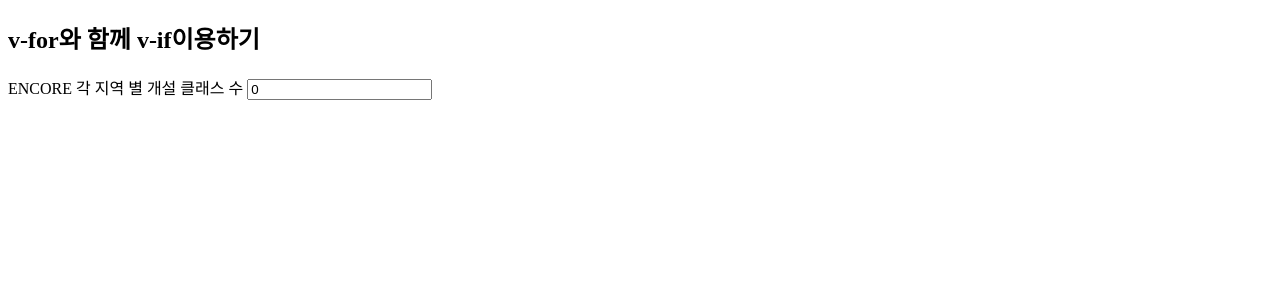
Repository: KangHoi/encore_vueWorkspace
Page: vue02_Methods/WebContent/vue10_vfor.html
These files come from the project's save history. The page is drawn as it stood at one moment and after the next save; the edit follows.
The browser window is 1280 px wide. The pictures show the whole page.
Some web libraries are served in a nearby version.

Above is the page before, as saved 2021-07-09 05:46:27.

### vue02_Methods/WebContent/vue10_vfor.html
<!DOCTYPE html>
<html>
<head>
<meta charset="UTF-8">
<title>v-for와 함께 v-if이용하기</title>

<script src="https://cdn.jsdelivr.net/npm/vue/dist/vue.js"></script>
<script src="https://code.jquery.com/jquery-3.2.1.min.js"></script>

</head>
<body>
<h2>v-for와 함께 v-if이용하기</h2>
<div id="app">
	<label>ENCORE 각 지역 별 개설 클래스 수</label>
	<input v-model="num" type="number">
	<ul>
		<li   v-for="(encore,index) in encores"  v-if = "(encore.count)==num">
			{{index+1}}. {{encore.name}}, {{encore.count}}개 클래스
		</li>
	</ul>
</div>

<script>
	new Vue({
		el:'#app',
		data:{
			num:0,

			encores:[
				{name: '영등포구', count:3},
				{name: '남부지구', count:5},
				{name: '서초지구', count:7}
			]
		}
	});
</script>

</body>
</html>

After the next save:
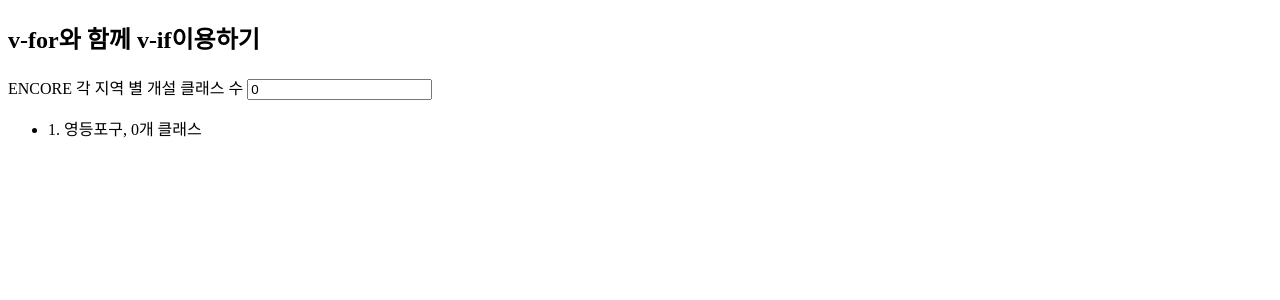
Saved 3 min 21 s later.
--- a/vue02_Methods/WebContent/vue10_vfor.html
+++ b/vue02_Methods/WebContent/vue10_vfor.html
@@ -12,7 +12,7 @@
 <h2>v-for와 함께 v-if이용하기</h2>
 <div id="app">
 	<label>ENCORE 각 지역 별 개설 클래스 수</label>
-	<input v-model="num" type="number">
+	<input v-model="num" type="number"> <!-- v-model이 있어야 양방향으로 가능하다. -->
 	<ul>
 		<li   v-for="(encore,index) in encores"  v-if = "(encore.count)==num">
 			{{index+1}}. {{encore.name}}, {{encore.count}}개 클래스
@@ -27,7 +27,7 @@
 			num:0,
 
 			encores:[
-				{name: '영등포구', count:3},
+				{name: '영등포구', count:0},
 				{name: '남부지구', count:5},
 				{name: '서초지구', count:7}
 			]

After the save that followed:
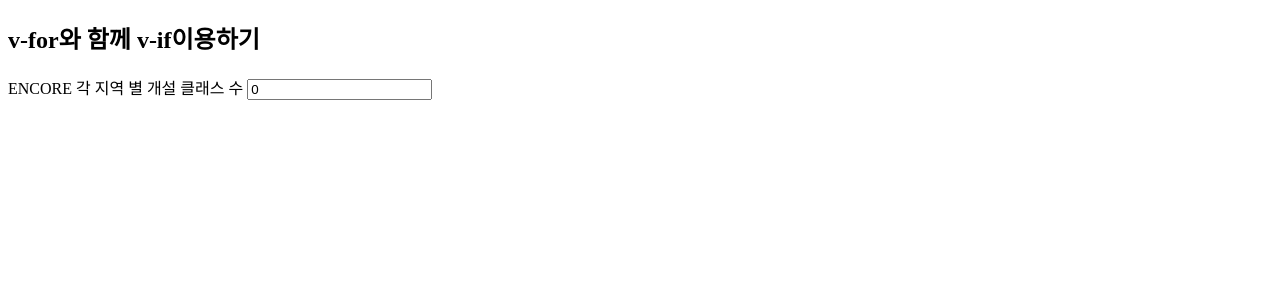
Saved 5 min 6 s later.
--- a/vue02_Methods/WebContent/vue10_vfor.html
+++ b/vue02_Methods/WebContent/vue10_vfor.html
@@ -14,12 +14,19 @@
 	<label>ENCORE 각 지역 별 개설 클래스 수</label>
 	<input v-model="num" type="number"> <!-- v-model이 있어야 양방향으로 가능하다. -->
 	<ul>
-		<li   v-for="(encore,index) in encores"  v-if = "(encore.count)==num">
+	<!-- <li   v-for="(encore,index) in encores"  v-if = "(encore.count)==num">  -->
+		 <li   v-for="(encore,index) in encores"  v-if = "(encore.count)===num">
+
 			{{index+1}}. {{encore.name}}, {{encore.count}}개 클래스
 		</li>
 	</ul>
 </div>
-
+<!-- java script는
+	 0 == ' ' :: true
+	 0 == '0' :: true
+	 1 == true :: true
+	 로 취급된다.
+	 따라서 "===" 연산자를 사용하여 값과 type 비교를 함께 진행해야 한다. -->
 <script>
 	new Vue({
 		el:'#app',
@@ -27,7 +34,7 @@
 			num:0,
 
 			encores:[
-				{name: '영등포구', count:0},
+				{name: '영등포구', count:3},
 				{name: '남부지구', count:5},
 				{name: '서초지구', count:7}
 			]
